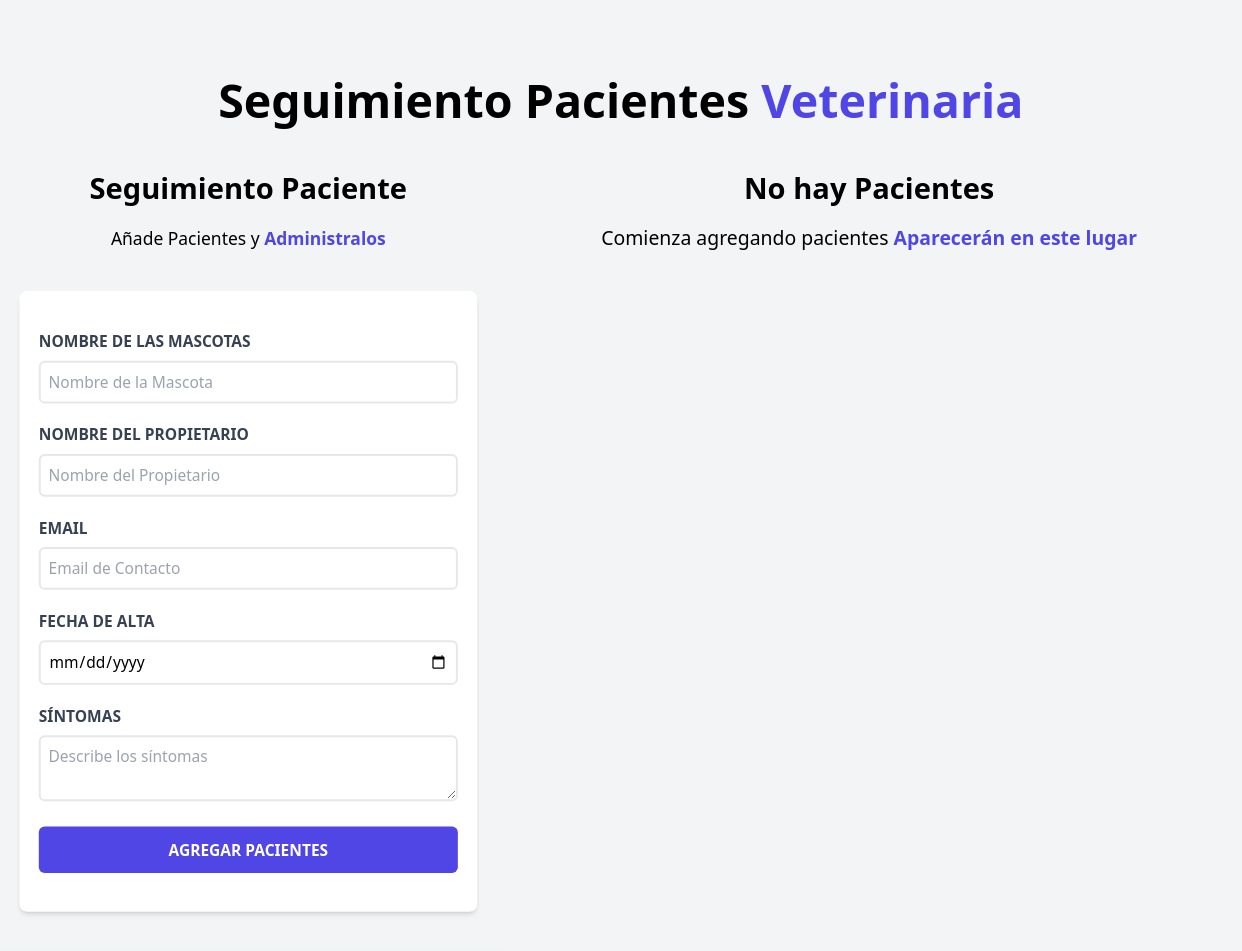
Repository: richardacb/citas_react_vite
Page: /
These files come from the project's save history. The page is drawn as it stood at one moment and after a run of saves; the edit follows.
The browser window is 1280 px wide. The pictures show the whole page, at 97% of full size.
The project was rebuilt for these pictures with package versions that can differ from the ones it lists, and the page was loaded fresh each time. Also part of the build but not shown: vite.config.js, src/components/Errores.jsx, src/components/Paciente.jsx.

Above is the page before, as saved 2022-12-19 19:00:35.

### src/App.jsx
import { useState } from "react";
import Header from "./components/Header";
import Formulario from "./components/Formulario";
import ListadoPacientes from "./components/ListadoPacientes";

function App() {
  //creamos el arreglo de pacientes
  const [pacientes, setPacientes] = useState([]);

  //state para editar el paciente
  const [paciente, setPaciente] = useState({});

  return (
    <div className="container mx-auto mt-20">
      <Header />
      <div className="mt-12 md:flex">
        <Formulario
          pacientes={pacientes}
          setPacientes={setPacientes}
          paciente={paciente} />

        <ListadoPacientes
          pacientes={pacientes}
          setPaciente={setPaciente}
        />
      </div>
    </div>
  );
}

export default App;

### src/components/Header.jsx
function Header() {
  return (
    <>
        <h1 className="font-black text-5xl text-center md:w-2/3 mx-auto">Seguimiento Pacientes {''}
         <span className="text-indigo-600">Veterinaria</span></h1>
    </>
  );
}

export default Header;

### src/components/Formulario.jsx
import { useState, useEffect } from "react";
import Errores from "./Errores";

const Formulario = ({ pacientes, setPacientes, paciente }) => {
  //empezmos a utilziar usestate local de nombre
  const [nombre, setNombre] = useState("");

  //empezmos a utilziar usestate local de propietario
  const [propietario, setPropietario] = useState("");

  //empezmos a utilziar usestate local de email
  const [email, setEmail] = useState("");

  //empezmos a utilziar usestate local de alta
  const [fecha, setFecha] = useState("");

  //definimos el state local para los sintomas
  const [sintoma, setSintoma] = useState("");

  //creamos el state para el error
  const [error, setError] = useState(false);

  //usamos el useEffect
  useEffect( () => {
    if ( Object.keys(paciente).length > 0) {
      setNombre(paciente.nombre)
      setPropietario(paciente.propietario)
      setEmail(paciente.email)
      setFecha(paciente.fecha)
      setSintoma(paciente.sintoma)
    }
  }, [paciente])

  //funcion para generar ID
  const generarId = () => {
    const random = Math.random().toString(36);
    const fecha = Date.now().toString(36);

    return random + fecha;
  }

  //fucion para valdiar el formualrio
  const handleSubmit = (e) => {
    e.preventDefault();
    //validamos el formulario
    if ([nombre, propietario, email, fecha, sintoma].includes("")) {
      console.log("Al menos un campo vacio");

      setError(true)
      return;
    }
    setError(false)

    //llenamos el arreglo de pacientes
    const objetoPaciente = {
      nombre,
      propietario,
      email,
      fecha,
      sintoma,
      id: generarId()
    }
    //console.log(objetoPaciente)
    setPacientes([
      ...pacientes,
      objetoPaciente
    ]);

    //reiniciamos el form
    setNombre('')
    setPropietario('')
    setEmail('')
    setFecha('')
    setSintoma('')
  };

  return (
    <div className="md:w-1/2 lg:w-2/5">
      <h2 className="font-black text-3xl text-center">Seguimiento Paciente</h2>

      <p className="text-lg mt-5 text-center mb-10">
        Añade Pacientes y {""}{" "}
        <span className="text-indigo-600 font-bold">Administralos</span>
      </p>

      <form
        onSubmit={handleSubmit}
        className="bg-white shadow-md rounded-lg py-10 px-5 mb-10 mx-5"
      >
        { error && <Errores
          mensaje='Todos los campos son obligatorios'
        />}
        <div className="mb-5">
          <label
            htmlFor="mascota"
            className="block text-gray-700 uppercase font-bold"
          >
            Nombre de las Mascotas
          </label>
          <input
            id="mascota"
            type="text"
            placeholder="Nombre de la Mascota"
            value={nombre}
            onChange={(e) => setNombre(e.target.value)}
            className="border-2 w-full p-2 mt-2 placeholder-gray-400 rounded-md"
          />
        </div>

        <div className="mb-5">
          <label
            htmlFor="propietario"
            className="block text-gray-700 uppercase font-bold"
          >
            Nombre del Propietario
          </label>
          <input
            id="propietario"
            type="text"
            placeholder="Nombre del Propietario"
            value={propietario}
            onChange={(e) => setPropietario(e.target.value)}
            className="border-2 w-full p-2 mt-2 placeholder-gray-400 rounded-md"
          />
        </div>

        <div className="mb-5">
          <label
            htmlFor="email"
            className="block text-gray-700 uppercase font-bold"
          >
            Email
          </label>
          <input
            id="email"
            type="email"
            placeholder="Email de Contacto"
            value={email}
            onChange={(e) => setEmail(e.target.value)}
            className="border-2 w-full p-2 mt-2 placeholder-gray-400 rounded-md"
          />
        </div>

        <div className="mb-5">
          <label
            htmlFor="alta"
            className="block text-gray-700 uppercase font-bold"
          >
            Fecha de Alta
          </label>
          <input
            id="alta"
            type="date"
            value={fecha}
            onChange={(e) => setFecha(e.target.value)}
            className="border-2 w-full p-2 mt-2 placeholder-gray-400 rounded-md"
          />
        </div>

        <div className="mb-5">
          <label
            htmlFor="sintomas"
            className="block text-gray-700 uppercase font-bold"
          >
            Síntomas
          </label>
          <textarea
            id="sintomas"
            className="border-2 w-full p-2 mt-2 placeholder-gray-400 rounded-md"
            placeholder="Describe los síntomas"
            value={sintoma}
            onChange={(e) => setSintoma(e.target.value)}
          />
        </div>

        <input
          type="submit"
          className="bg-indigo-600 w-full p-3 text-white uppercase font-bold rounded-md hover:bg-indigo-800 cursor-pointer transition-opacity"
          value="Agregar Pacientes"
        />
      </form>
    </div>
  );
};

export default Formulario;

### src/components/ListadoPacientes.jsx
import Paciente from "./Paciente";

const ListadoPacientes = ({ pacientes, setPaciente }) => {

  return (
    <div className="md:w-1/2 lg:w-3/5 md:h-screen overflow-y-scroll">
      {pacientes &&
        pacientes.length ?(
          <>
            <h2 className="font-black text-3xl text-center">
              Listado de Pacientes
            </h2>
            <p className="text-xl mt-5 mb-10 text-center">
              Administra tus {""}
              <span className="text-indigo-600 font-bold">
                Pacientes y Citas
              </span>
            </p>

            {pacientes.map((paciente) => (
              <Paciente key={paciente.id} paciente={paciente} setPaciente={setPaciente}/>
            ))}
          </>
        )
        :
        (
          <>
            <h2 className="font-black text-3xl text-center">
              No hay Pacientes
            </h2>
            <p className="text-xl mt-5 mb-10 text-center">
              Comienza agregando pacientes {""}
              <span className="text-indigo-600 font-bold">
                Aparecerán en este lugar
              </span>
            </p>
          </>
        )}
    </div>
  );
};

export default ListadoPacientes;

Loaded but not shown: index.html (common file); src/main.jsx (common file); src/index.css (common file); tailwind.config.cjs (common file)

After the next 4 saves:
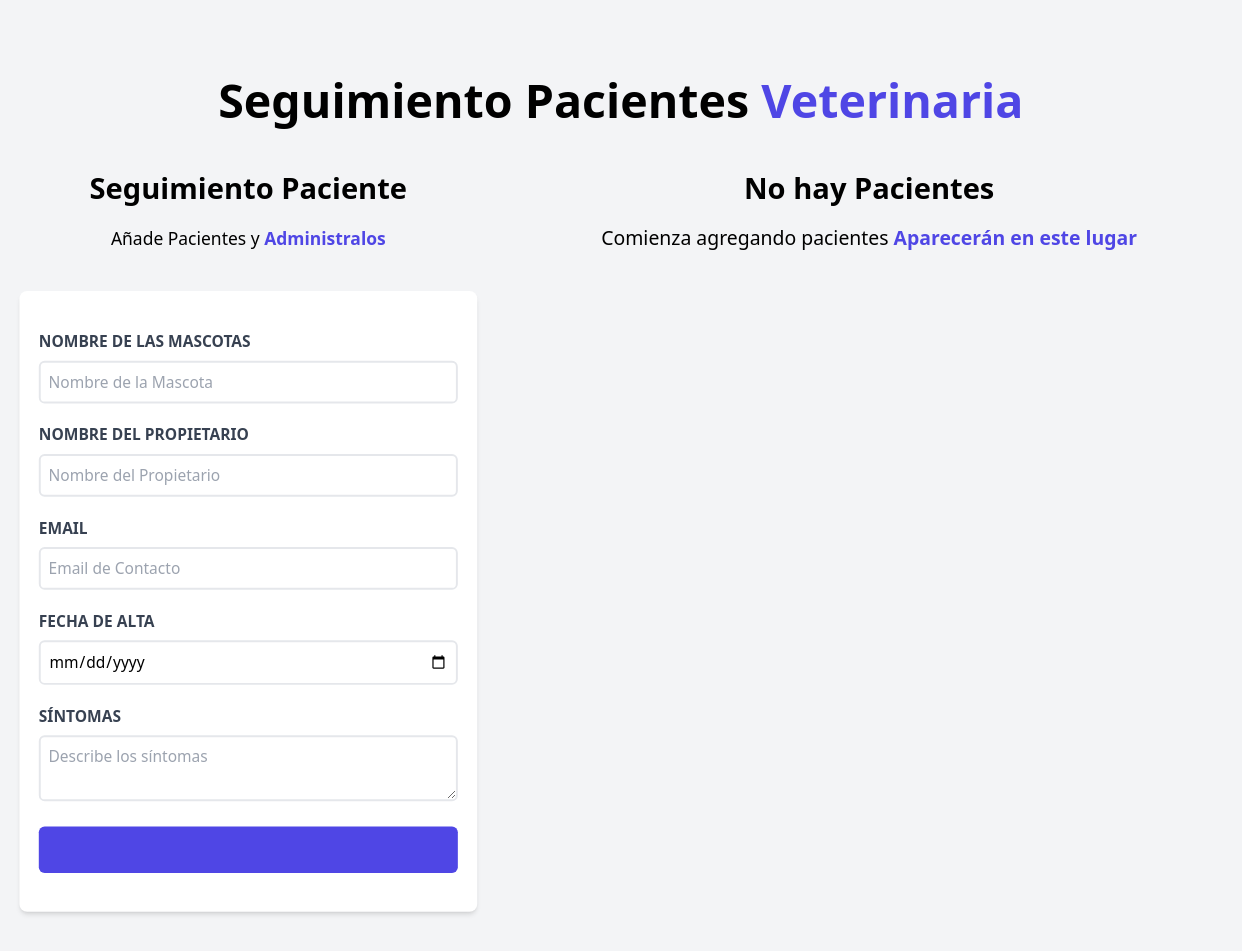
The 4 saves are shown as one change because 3 did not build or start.
The last was saved 38 s later.
--- a/src/components/Formulario.jsx
+++ b/src/components/Formulario.jsx
@@ -176,7 +176,7 @@ const Formulario = ({ pacientes, setPacientes, paciente }) => {
         <input
           type="submit"
           className="bg-indigo-600 w-full p-3 text-white uppercase font-bold rounded-md hover:bg-indigo-800 cursor-pointer transition-opacity"
-          value="Agregar Pacientes"
+          value={ paciente.id ? 'Editar Paciente' : ''}
         />
       </form>
     </div>
